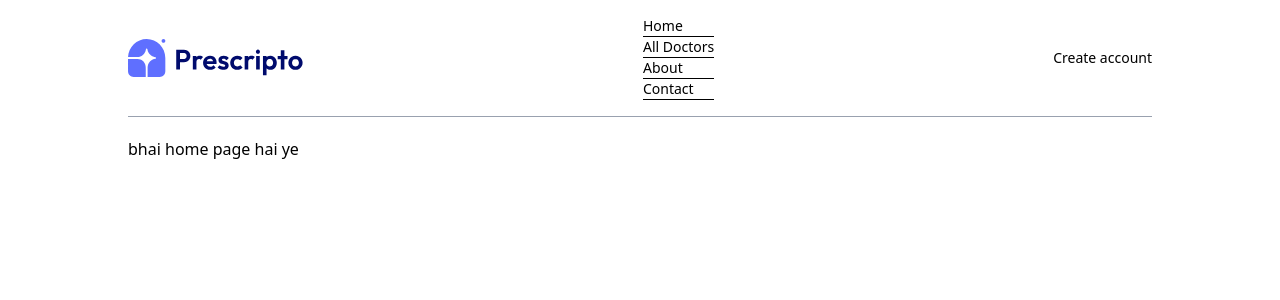
Repository: Pran2535/appointement_booking
Page: / (app in frontend/)
The author's editor kept a copy of each file at every save. The page is drawn from the files as they stood at one save, then again after the next save.
The browser window is 1280 px wide. The pictures show the whole page.
The project was rebuilt for these pictures with package versions that can differ from the ones it lists, and the page was loaded fresh each time. Also part of the build but not shown: frontend/vite.config.js, frontend/src/pages/About.jsx, frontend/src/pages/MyAppointments.jsx, frontend/src/pages/Doctors.jsx, frontend/src/pages/Login.jsx, frontend/src/pages/Contact.jsx, frontend/src/pages/MyProfile.jsx, frontend/src/pages/Appointment.jsx.

Above is the page before, as saved 2025-02-14 21:14:47.

### frontend/index.html
<!doctype html>
<html lang="en">
  <head>
    <meta charset="UTF-8" />
    <link rel="icon" type="image/svg+xml" href="/vite.svg" />
    <meta name="viewport" content="width=device-width, initial-scale=1.0" />
    <title>Mishra healthcare</title>
  </head>
  <body>
    <div id="root"></div>
    <script type="module" src="/src/main.jsx"></script>
  </body>
</html>

### frontend/src/main.jsx
import { StrictMode } from 'react'
import { createRoot } from 'react-dom/client'
import './index.css'
import App from './App.jsx'
import { BrowserRouter } from 'react-router-dom'

createRoot(document.getElementById('root')).render(
<BrowserRouter>
    <App />
  </BrowserRouter>,
)

### frontend/src/App.jsx
import React from 'react'
import { Route, Routes } from 'react-router-dom'
import Home from './pages/Home'
import About from './pages/About'
import MyAppointments from './pages/MyAppointments'
import Doctors from './pages/Doctors'
import Login from './pages/Login'
import Contact from './pages/Contact'
import MyProfile from './pages/MyProfile'
import Appointment from './pages/Appointment'
import Navbar from './components/Navbar'

const App = () => {
  return (
    <div className='mx-4 sm:mx-[10%]'>
      <Navbar/>{ /* mounted navbar component before routes so that it gets displayed over the all routes */}
      <Routes>
        <Route path='/' element={<Home />} />
        <Route path='/about' element={<About />} />
        <Route path='/my-appointments' element={<MyAppointments />} />
        <Route path='/doctors' element={<Doctors/>}/>
        <Route path='/doctors/:speciality' element={<Doctors/>}/>
        <Route path ='/login' element={<Login/>}/>
        <Route path='/contact' element={<Contact/>}/>
        <Route path ='/my-profile' element={<MyProfile/>}/>
        <Route path ='/appointments/:docId' element={<Appointment/>}/>
      </Routes>
    </div>
  )
}

export default App

### frontend/src/pages/Home.jsx
import React from 'react'

const Home = () => {
  return (
    <div>
      bhai home page hai ye
    </div>
  )
}

export default Home

### frontend/src/components/Navbar.jsx
import React from 'react'
import {assets}from '../assets/assets'
import { NavLink } from 'react-router-dom'
const Navbar = () => {
  return (
    <div className='flex items-center justify-between text-sm py-4 mb-5 border-b border-b-gray-400'>
        <img className='w-44 cursor-pointer' src={assets.logo} alt="" />
        <ul className='hidden md:flex items-center gap-5 font-medium'>
            <NavLink>
                <li>Home</li>
                <hr/>
                <li>All Doctors</li>
                <hr/>
                <li>About</li>
                <hr/>
                <li>Contact</li>
                <hr/>

            </NavLink>
        </ul>
        <div className="">
            <button>Create account</button>
        </div>
    </div>
  )
}

export default Navbar

### frontend/src/assets/assets.js
import appointment_img from './appointment_img.png'
import header_img from './header_img.png'
import group_profiles from './group_profiles.png'
import profile_pic from './profile_pic.png'
import contact_image from './contact_image.png'
import about_image from './about_image.png'
import logo from './logo.svg'
import dropdown_icon from './dropdown_icon.svg'
import menu_icon from './menu_icon.svg'
import cross_icon from './cross_icon.png'
import chats_icon from './chats_icon.svg'
import verified_icon from './verified_icon.svg'
import arrow_icon from './arrow_icon.svg'
import info_icon from './info_icon.svg'
import upload_icon from './upload_icon.png'
import stripe_logo from './stripe_logo.png'
import razorpay_logo from './razorpay_logo.png'
import doc1 from './doc1.png'
import doc2 from './doc2.png'
import doc3 from './doc3.png'
import doc4 from './doc4.png'
import doc5 from './doc5.png'
import doc6 from './doc6.png'
import doc7 from './doc7.png'
import doc8 from './doc8.png'
import doc9 from './doc9.png'
import doc10 from './doc10.png'
import doc11 from './doc11.png'
import doc12 from './doc12.png'
import doc13 from './doc13.png'
import doc14 from './doc14.png'
import doc15 from './doc15.png'
import Dermatologist from './Dermatologist.svg'
import Gastroenterologist from './Gastroenterologist.svg'
import General_physician from './General_physician.svg'
import Gynecologist from './Gynecologist.svg'
import Neurologist from './Neurologist.svg'
import Pediatricians from './Pediatricians.svg'


export const assets = {
    appointment_img,
    header_img,
    group_profiles,
    logo,
    chats_icon,
    verified_icon,
    info_icon,
    profile_pic,
    arrow_icon,
    contact_image,
    about_image,
    menu_icon,
    cross_icon,
    dropdown_icon,
    upload_icon,
    stripe_logo,
    razorpay_logo
}

export const specialityData = [
    {
        speciality: 'General physician',
        image: General_physician
    },
    {
        speciality: 'Gynecologist',
        image: Gynecologist
    },
    {
        speciality: 'Dermatologist',
        image: Dermatologist
    },
    {
        speciality: 'Pediatricians',
        image: Pediatricians
    },
    {
        speciality: 'Neurologist',
        image: Neurologist
    },
    {
        speciality: 'Gastroenterologist',
        image: Gastroenterologist
    },
]

export const doctors = [
    {
        _id: 'doc1',
        name: 'Dr. Richard James',
        image: doc1,
        speciality: 'General physician',
        degree: 'MBBS',
        experience: '4 Years',
        about: 'Dr. Davis has a strong commitment to delivering comprehensive medical care, focusing on preventive medicine, early diagnosis, and effective treatment strategies. Dr. Davis has a strong commitment to delivering comprehensive medical care, focusing on preventive medicine, early diagnosis, and effective treatment strategies.',
        fees: 50,
        address: {
            line1: '17th Cross, Richmond',
            line2: 'Circle, Ring Road, London'
        }
    },
    {
        _id: 'doc2',
        name: 'Dr. Emily Larson',
        image: doc2,
        speciality: 'Gynecologist',
        degree: 'MBBS',
        experience: '3 Years',
        about: 'Dr. Davis has a strong commitment to delivering comprehensive medical care, focusing on preventive medicine, early diagnosis, and effective treatment strategies. Dr. Davis has a strong commitment to delivering comprehensive medical care, focusing on preventive medicine, early diagnosis, and effective treatment strategies.',
        fees: 60,
        address: {
            line1: '27th Cross, Richmond',
            line2: 'Circle, Ring Road, London'
        }
    },
    {
        _id: 'doc3',
        name: 'Dr. Sarah Patel',
        image: doc3,
        speciality: 'Dermatologist',
        degree: 'MBBS',
        experience: '1 Years',
        about: 'Dr. Davis has a strong commitment to delivering comprehensive medical care, focusing on preventive medicine, early diagnosis, and effective treatment strategies. Dr. Davis has a strong commitment to delivering comprehensive medical care, focusing on preventive medicine, early diagnosis, and effective treatment strategies.',
        fees: 30,
        address: {
            line1: '37th Cross, Richmond',
            line2: 'Circle, Ring Road, London'
        }
    },
    {
        _id: 'doc4',
        name: 'Dr. Christopher Lee',
        image: doc4,
        speciality: 'Pediatricians',
        degree: 'MBBS',
        experience: '2 Years',
        about: 'Dr. Davis has a strong commitment to delivering comprehensive medical care, focusing on preventive medicine, early diagnosis, and effective treatment strategies. Dr. Davis has a strong commitment to delivering comprehensive medical care, focusing on preventive medicine, early diagnosis, and effective treatment strategies.',
        fees: 40,
        address: {
            line1: '47th Cross, Richmond',
            line2: 'Circle, Ring Road, London'
        }
    },
    {
        _id: 'doc5',
        name: 'Dr. Jennifer Garcia',
        image: doc5,
        speciality: 'Neurologist',
        degree: 'MBBS',
        experience: '4 Years',
        about: 'Dr. Davis has a strong commitment to delivering comprehensive medical care, focusing on preventive medicine, early diagnosis, and effective treatment strategies. Dr. Davis has a strong commitment to delivering comprehensive medical care, focusing on preventive medicine, early diagnosis, and effective treatment strategies.',
        fees: 50,
        address: {
            line1: '57th Cross, Richmond',
            line2: 'Circle, Ring Road, London'
        }
    },
    {
        _id: 'doc6',
        name: 'Dr. Andrew Williams',
        image: doc6,
        speciality: 'Neurologist',
        degree: 'MBBS',
        experience: '4 Years',
        about: 'Dr. Davis has a strong commitment to delivering comprehensive medical care, focusing on preventive medicine, early diagnosis, and effective treatment strategies. Dr. Davis has a strong commitment to delivering comprehensive medical care, focusing on preventive medicine, early diagnosis, and effective treatment strategies.',
        fees: 50,
        address: {
            line1: '57th Cross, Richmond',
            line2: 'Circle, Ring Road, London'
        }
    },
    {
        _id: 'doc7',
        name: 'Dr. Christopher Davis',
        image: doc7,
        speciality: 'General physician',
        degree: 'MBBS',
        experience: '4 Years',
        about: 'Dr. Davis has a strong commitment to delivering comprehensive medical care, focusing on preventive medicine, early diagnosis, and effective treatment strategies. Dr. Davis has a strong commitment to delivering comprehensive medical care, focusing on preventive medicine, early diagnosis, and effective treatment strategies.',
        fees: 50,
        address: {
            line1: '17th Cross, Richmond',
            line2: 'Circle, Ring Road, London'
        }
    },
    {
        _id: 'doc8',
        name: 'Dr. Timothy White',
        image: doc8,
        speciality: 'Gynecologist',
        degree: 'MBBS',
        experience: '3 Years',
        about: 'Dr. Davis has a strong commitment to delivering comprehensive medical care, focusing on preventive medicine, early diagnosis, and effective treatment strategies. Dr. Davis has a strong commitment to delivering comprehensive medical care, focusing on preventive medicine, early diagnosis, and effective treatment strategies.',
        fees: 60,
        address: {
            line1: '27th Cross, Richmond',
            line2: 'Circle, Ring Road, London'
        }
    },
    {
        _id: 'doc9',
        name: 'Dr. Ava Mitchell',
        image: doc9,
        speciality: 'Dermatologist',
        degree: 'MBBS',
        experience: '1 Years',
        about: 'Dr. Davis has a strong commitment to delivering comprehensive medical care, focusing on preventive medicine, early diagnosis, and effective treatment strategies. Dr. Davis has a strong commitment to delivering comprehensive medical care, focusing on preventive medicine, early diagnosis, and effective treatment strategies.',
        fees: 30,
        address: {
            line1: '37th Cross, Richmond',
            line2: 'Circle, Ring Road, London'
        }
    },
    {
        _id: 'doc10',
        name: 'Dr. Jeffrey King',
        image: doc10,
        speciality: 'Pediatricians',
        degree: 'MBBS',
        experience: '2 Years',
        about: 'Dr. Davis has a strong commitment to delivering comprehensive medical care, focusing on preventive medicine, early diagnosis, and effective treatment strategies. Dr. Davis has a strong commitment to delivering comprehensive medical care, focusing on preventive medicine, early diagnosis, and effective treatment strategies.',
        fees: 40,
        address: {
            line1: '47th Cross, Richmond',
            line2: 'Circle, Ring Road, London'
        }
    },
    {
        _id: 'doc11',
        name: 'Dr. Zoe Kelly',
        image: doc11,
        speciality: 'Neurologist',
        degree: 'MBBS',
        experience: '4 Years',
        about: 'Dr. Davis has a strong commitment to delivering comprehensive medical care, focusing on preventive medicine, early diagnosis, and effective treatment strategies. Dr. Davis has a strong commitment to delivering comprehensive medical care, focusing on preventive medicine, early diagnosis, and effective treatment strategies.',
        fees: 50,
        address: {
            line1: '57th Cross, Richmond',
            line2: 'Circle, Ring Road, London'
        }
    },
    {
        _id: 'doc12',
        name: 'Dr. Patrick Harris',
        image: doc12,
        speciality: 'Neurologist',
        degree: 'MBBS',
        experience: '4 Years',
        about: 'Dr. Davis has a strong commitment to delivering comprehensive medical care, focusing on preventive medicine, early diagnosis, and effective treatment strategies. Dr. Davis has a strong commitment to delivering comprehensive medical care, focusing on preventive medicine, early diagnosis, and effective treatment strategies.',
        fees: 50,
        address: {
            line1: '57th Cross, Richmond',
            line2: 'Circle, Ring Road, London'
        }
    },
    {
        _id: 'doc13',
        name: 'Dr. Chloe Evans',
        image: doc13,
        speciality: 'General physician',
        degree: 'MBBS',
        experience: '4 Years',
        about: 'Dr. Davis has a strong commitment to delivering comprehensive medical care, focusing on preventive medicine, early diagnosis, and effective treatment strategies. Dr. Davis has a strong commitment to delivering comprehensive medical care, focusing on preventive medicine, early diagnosis, and effective treatment strategies.',
        fees: 50,
        address: {
            line1: '17th Cross, Richmond',
            line2: 'Circle, Ring Road, London'
        }
    },
    {
        _id: 'doc14',
        name: 'Dr. Ryan Martinez',
        image: doc14,
        speciality: 'Gynecologist',
        degree: 'MBBS',
        experience: '3 Years',
        about: 'Dr. Davis has a strong commitment to delivering comprehensive medical care, focusing on preventive medicine, early diagnosis, and effective treatment strategies. Dr. Davis has a strong commitment to delivering comprehensive medical care, focusing on preventive medicine, early diagnosis, and effective treatment strategies.',
        fees: 60,
        address: {
            line1: '27th Cross, Richmond',
            line2: 'Circle, Ring Road, London'
        }
    },
    {
        _id: 'doc15',
        name: 'Dr. Amelia Hill',
        image: doc15,
        speciality: 'Dermatologist',
        degree: 'MBBS',
        experience: '1 Years',
        about: 'Dr. Davis has a strong commitment to delivering comprehensive medical care, focusing on preventive medicine, early diagnosis, and effective treatment strategies. Dr. Davis has a strong commitment to delivering comprehensive medical care, focusing on preventive medicine, early diagnosis, and effective treatment strategies.',
        fees: 30,
        address: {
            line1: '37th Cross, Richmond',
            line2: 'Circle, Ring Road, London'
        }
    },
]

Loaded but not shown: frontend/src/index.css (common file)

After the next save:
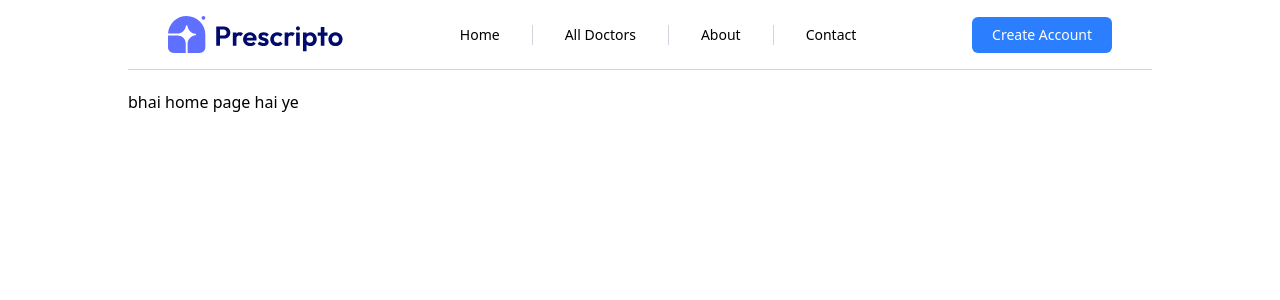
Saved 2 min 41 s later.
--- a/frontend/src/components/Navbar.jsx
+++ b/frontend/src/components/Navbar.jsx
@@ -1,26 +1,39 @@
 import React from 'react'
-import {assets}from '../assets/assets'
+import { assets } from '../assets/assets'
 import { NavLink } from 'react-router-dom'
+
 const Navbar = () => {
   return (
-    <div className='flex items-center justify-between text-sm py-4 mb-5 border-b border-b-gray-400'>
-        <img className='w-44 cursor-pointer' src={assets.logo} alt="" />
-        <ul className='hidden md:flex items-center gap-5 font-medium'>
-            <NavLink>
-                <li>Home</li>
-                <hr/>
-                <li>All Doctors</li>
-                <hr/>
-                <li>About</li>
-                <hr/>
-                <li>Contact</li>
-                <hr/>
+    <div className="flex items-center justify-between text-sm py-4 mb-5 border-b border-gray-300 px-6 md:px-10">
+      {/* Logo */}
+      <img className="w-36 md:w-44 cursor-pointer" src={assets.logo} alt="Logo" />
 
-            </NavLink>
-        </ul>
-        <div className="">
-            <button>Create account</button>
-        </div>
+      {/* Navigation Links */}
+      <ul className="hidden md:flex items-center gap-8 font-medium">
+        <NavLink to="/" className="hover:text-blue-500 transition-all">
+          Home
+        </NavLink>
+        <div className="border-l h-5 border-gray-300"></div>
+
+        <NavLink to="/doctors" className="hover:text-blue-500 transition-all">
+          All Doctors
+        </NavLink>
+        <div className="border-l h-5 border-gray-300"></div>
+
+        <NavLink to="/about" className="hover:text-blue-500 transition-all">
+          About
+        </NavLink>
+        <div className="border-l h-5 border-gray-300"></div>
+
+        <NavLink to="/contact" className="hover:text-blue-500 transition-all">
+          Contact
+        </NavLink>
+      </ul>
+
+      {/* Button */}
+      <button className="bg-blue-500 text-white px-5 py-2 rounded-md font-medium hover:bg-blue-600 transition-all">
+        Create Account
+      </button>
     </div>
   )
 }
